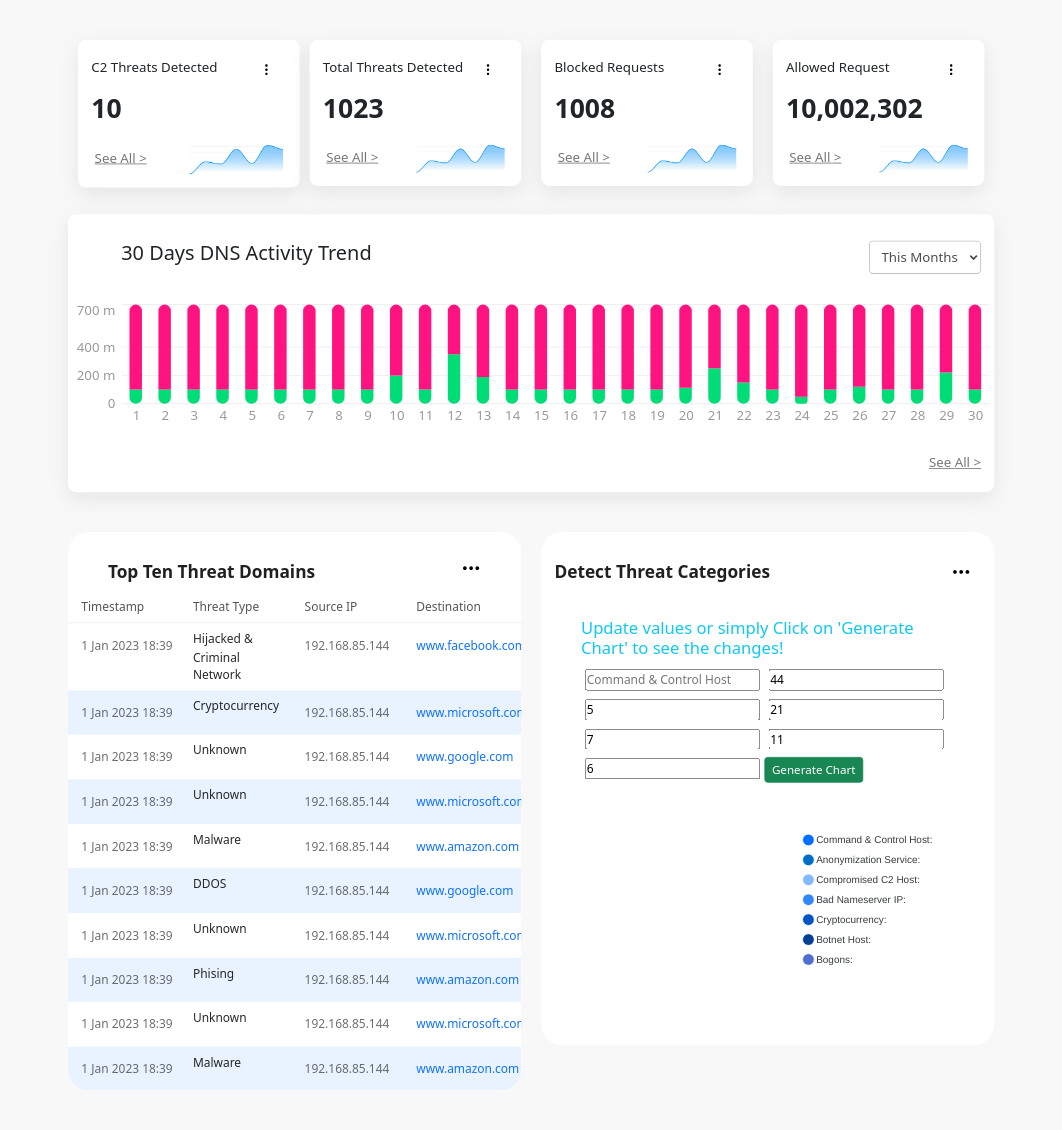
Repository: badhon252/dashboard
Page: /
The author's editor kept a copy of each file at every save. The page is drawn from the files as they stood at one save, then again after the next save.
The browser window is 1280 px wide. The pictures show the whole page, at 83% of full size.
The project was rebuilt for these pictures with package versions that can differ from the ones it lists, and the page was loaded fresh each time. Also part of the build but not shown: vite.config.js.

Above is the page before, as saved 2023-01-30 16:14:45.

After the next save:
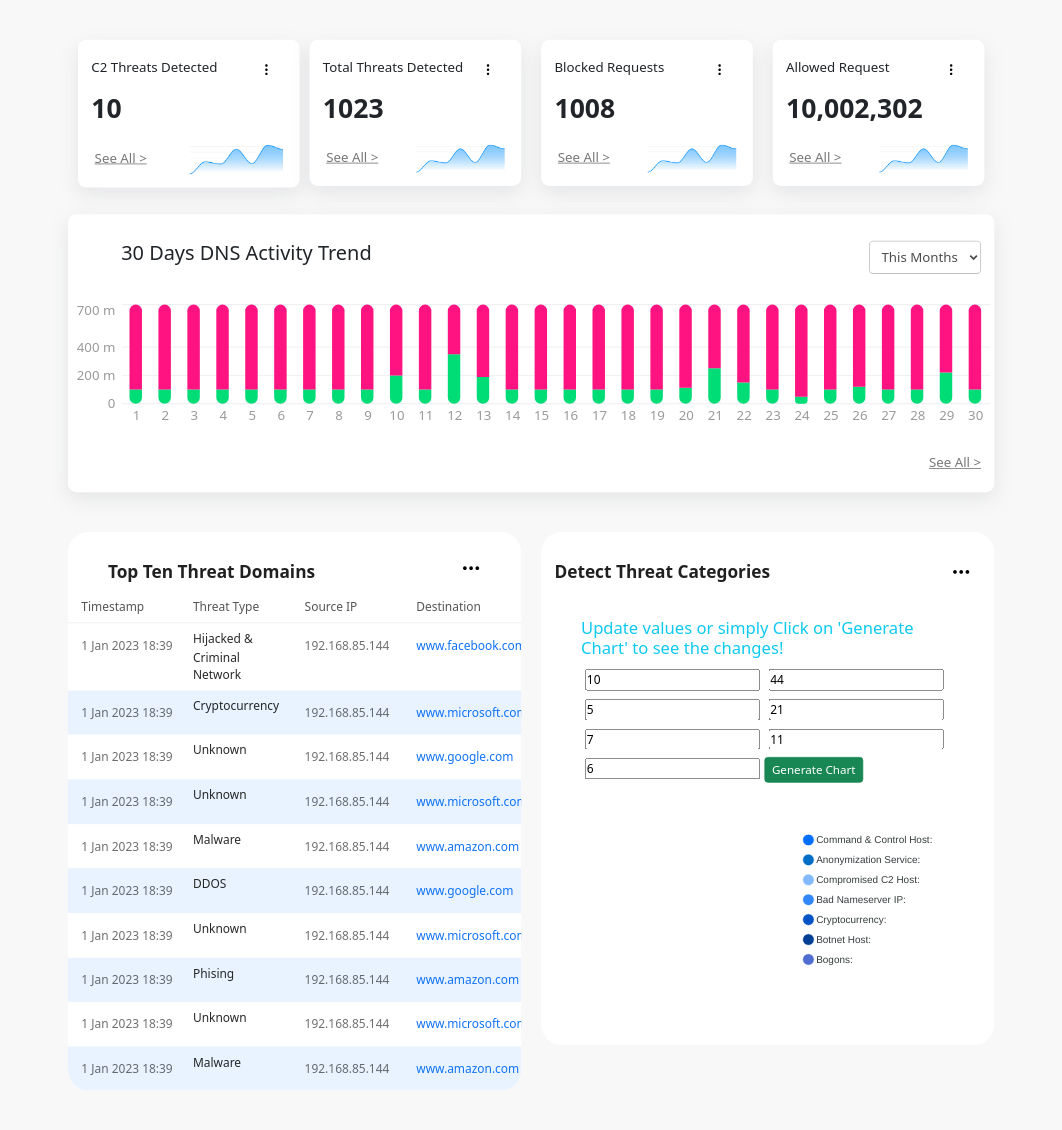
Saved 46 s later.
--- a/src/Components/Analysis/Graph/Graph.jsx
+++ b/src/Components/Analysis/Graph/Graph.jsx
@@ -3,7 +3,7 @@
 import DonutInput from "./DonutInput";
 
 function Graph() {
-  const [inputValue1, setInputValue1] = useState(undefined);
+  const [inputValue1, setInputValue1] = useState(10);
   const [inputValue2, setInputValue2] = useState(44);
   const [inputValue3, setInputValue3] = useState(5);
   const [inputValue4, setInputValue4] = useState(21);
